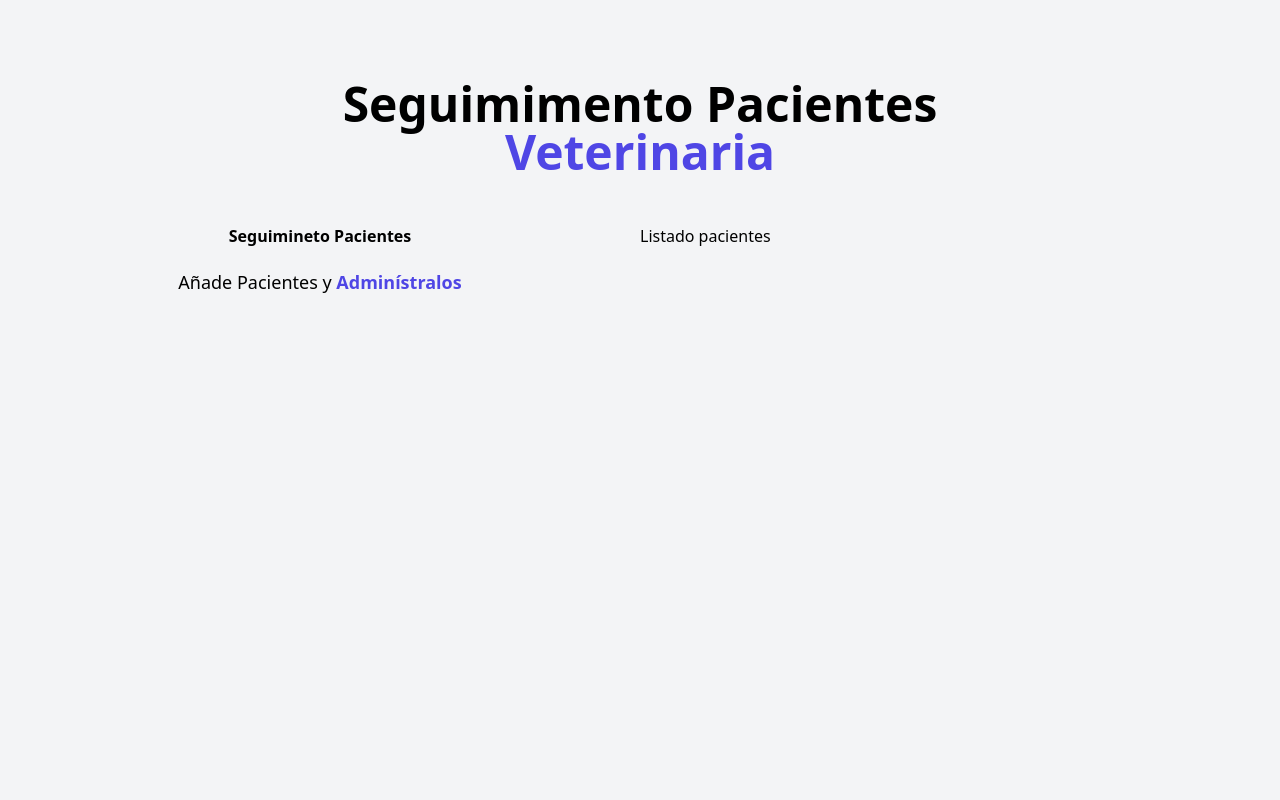
Repository: rlaureano/citas_react
Page: /
These files come from the project's save history. The page is drawn as it stood at one moment and after the next save; the edit follows.
The browser window is 1280 px wide. The pictures show the whole page.
The project was rebuilt for these pictures with package versions that can differ from the ones it lists, and the page was loaded fresh each time. Also part of the build but not shown: vite.config.js.

Above is the page before, as saved 2022-01-11 22:05:09.

After the next save:
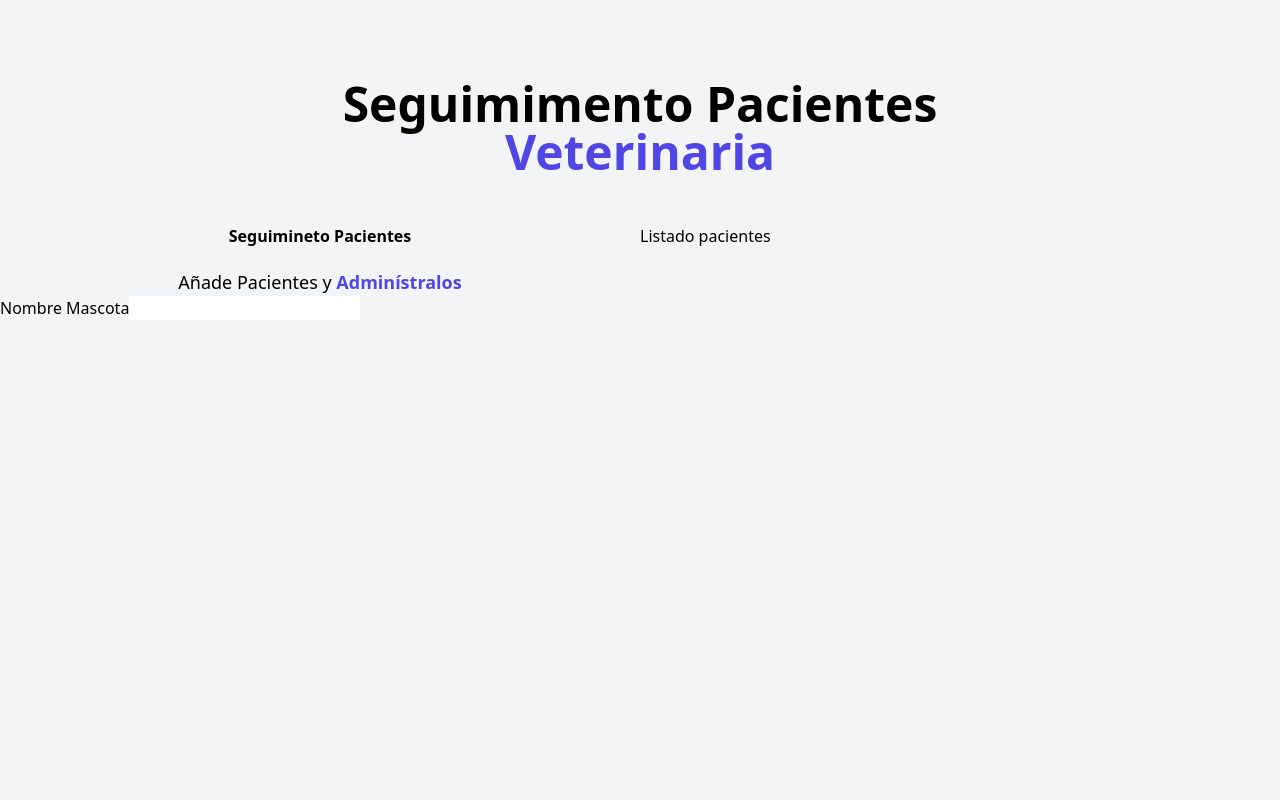
Saved 2 min 45 s later.
--- a/src/components/Formulario.jsx
+++ b/src/components/Formulario.jsx
@@ -12,7 +12,10 @@ const Formulario = () => {
       </p>
 
       <form action="">
-
+        <div>
+          <label htmlFor="">Nombre Mascota</label>
+          <input type="text" />
+        </div>
       </form>
 
     </div>
